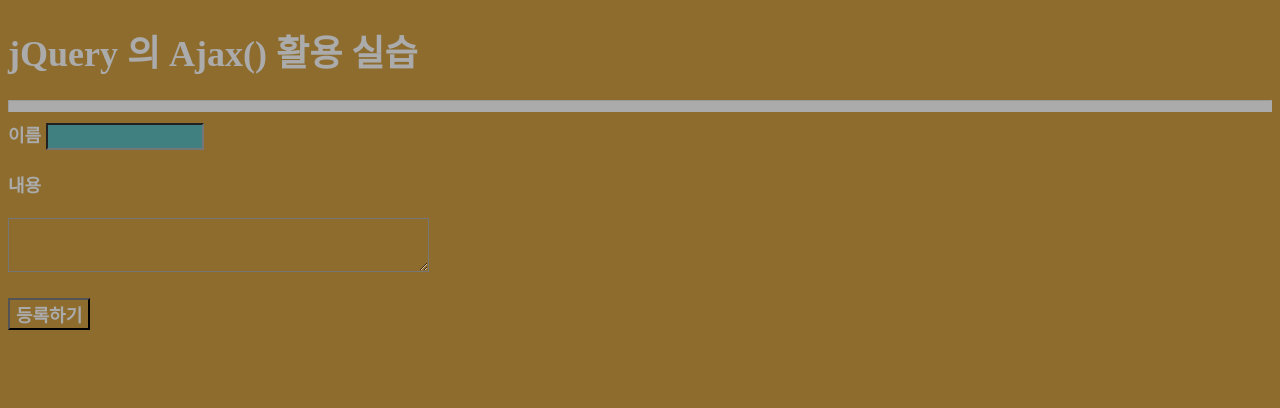
Repository: Umkimisstrong/UM_Webbb
Page: http://localhost/Ajaxjquery04/AjaxTest03.jsp
An editor plug-in stored every save of this project. The page is shown before and after the next save, followed by the edit.
The browser window is 1280 px wide. The pictures show the whole page.
The page is served by Tomcat 9. Other server files are loaded and not shown.

Above is the page before, as saved 2022-05-12 02:18:20.

### Ajaxjquery04/WebContent/AjaxTest03.jsp
<%@ page contentType="text/html; charset=UTF-8"%>
<%@ taglib prefix="c" uri="http://java.sun.com/jsp/jstl/core"%>
<%
	request.setCharacterEncoding("UTF-8");
	String cp = request.getContextPath();
%>
<!DOCTYPE html>
<html>
<head>
<meta charset="UTF-8">
<title>AjaxTest02.jsp</title>
<link rel="stylesheet" type="text/css" href="<%=cp%>/css/main.css">
<script type="text/javascript" src="https://code.jquery.com/jquery.min.js"></script>
<script type="text/javascript">
	$(function()
	{
		$("#sendBtn").click(function()
		{
			//alert("보내기");
			var params = "name=" + $.trim($("#name").val())
			           + "&content=" + $.trim($("#content").val());
			/*
			$.ajax(
			{
				  type:"POST"
				, url:"AjaxTest02_ok.jsp"
				, data:params
				//, async:false ▶ 동기  (true 일 경우 : 비동기.. default임)
				, dataType:"xml"	// Check~!~!~!
				, success:동작
				, beforeSend:true
				, error:동작
			});
			 */

			$.ajax(
			{
				  type:"POST"
				, url:"AjaxTest02_ok.jsp"
				, data:params
				//, async:false ▶ 동기  (true 일 경우 : 비동기.. default임)
				, dataType:"xml"	// Check~!~!~!
				, success:function(args)
				{
					var out = "";
					out = ">> 게시물 갯수 : " + $(args).find("total_dataCount").text() + "<br>";
					$(args).find("comment").each(function()
					{
						var item = $(this);
						var num = item.attr("num");
						var name = item.find("name").text();
						var content = item.find("content").text();

						out += "<br>============================";
						out += "<br> 번호 : " + num;
						out += "<br> 이름 : " + name;
						out += "<br> 내용 : " + content;
						out += "<br>============================<br>";
					});


					$("#resultDiv").html(out);
					$("#name").val("");
					$("#content").val("");
					$("#name").focus();
				}
				, beforeSend:showRequest
				, error:function()
				{
					alert(e.responseText);
				}
			});
		});
	});




	function showRequest()
	{
		if(!$.trim($("#name").val()))
		{
			alert("이름을 입력해야 합니다.");
			$("#name").focus();

			return false;

		}

		if (!$.trim($("#content").val()))
		{
			alert("내용을 입력해야 합니다.");
			$("#content").focus();

			return false;
		}

		return true;
	}
</script>
</head>
<body>


<div>
	<h1>jQuery 의 Ajax() 활용 실습</h1>
	<hr />
</div>

<div>
	이름 <input type="text" id="name" class="txt" />
	<br />
	<br />
	내용<br /><br />
	<textarea name="" id="content" cols="50" rows="3"></textarea>
	<br /><br />

	<input type="button" value="등록하기" id="sendBtn" />

</div>
<br />
<br />

<div id="resultDiv">

</div>




</body>
</html>

### Ajaxjquery04/WebContent/css/main.css
@charset "UTF-8";

*
{
	background-color: #8d6c2e;
	font-family: 나눔고딕코딩;
	color: #ababab;
	font-weight: bold;
}
hr
{
	background-color: #ababab;
	height: 10px;
	border-bottom-color: #ababab;
	border-right-color: #ababab;
}
body, p, div, span, input, table, th, td, select
{
	font-size: 18px;
	font-weight: bold;
}
.txt
{
	font-weight: bold;
	background-color: #408080;
	width:150px;
}
.txt:focus
{
	font-weight: bold;
	background-color: #948716;
	width:150px;
}

.control
{
	border: 1px solid grey;
	border-radius: 3px;
	font-weight: bold;
}

.table
{
	border-collapse: collapse;
	width: 250px;
	font-weight: bold;
}

.table th, .table td
{
	border: 1px solid grey;
	border-left: 1px;
	border-right: 1px;
	padding: 3px;
	line-height: 150%;
	font-weight: bold;
}
.table td
{
	background-color: gray;
	font-weight: bold;
}
.table th
{
	font-weight: bold;
	background-color: #EEE;
}
.btn
{
	background-color: #8d6c2e;
}

.btn01
{
	font-weight: bold;
	width: 80px;
	color: blue;
	background-color: gray;

}
.btn02
{
	font-weight: bold;
	width: 80px;
	color: red;
	background-color: gray;
}

.btn:hover
{
	font-weight: bold;
	color: white;
	background-color: tomato;
}

After the next save:
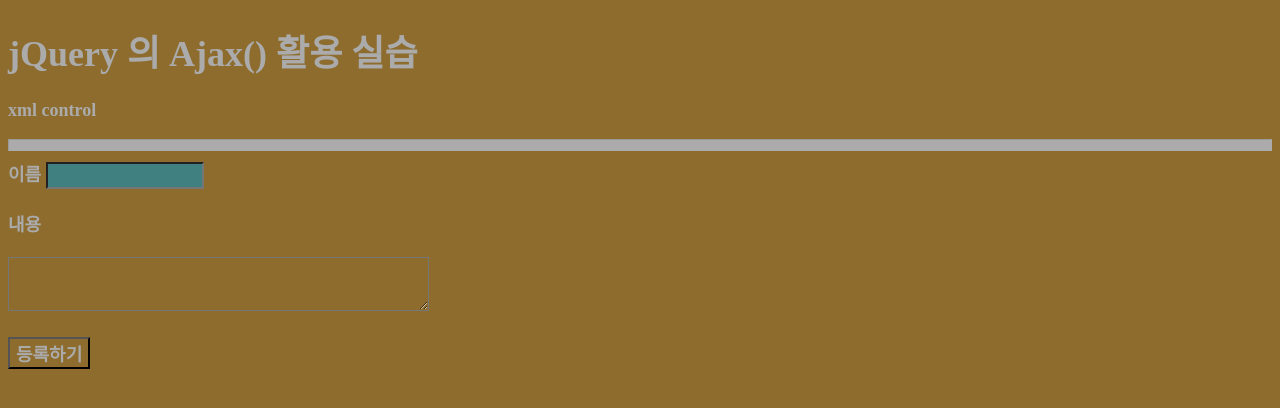
Saved 14 min 23 s later.
--- a/Ajaxjquery04/WebContent/AjaxTest03.jsp
+++ b/Ajaxjquery04/WebContent/AjaxTest03.jsp
@@ -8,7 +8,7 @@
 <html>
 <head>
 <meta charset="UTF-8">
-<title>AjaxTest02.jsp</title>
+<title>AjaxTest03.jsp</title>
 <link rel="stylesheet" type="text/css" href="<%=cp%>/css/main.css">
 <script type="text/javascript" src="https://code.jquery.com/jquery.min.js"></script>
 <script type="text/javascript">
@@ -104,6 +104,7 @@
 
 <div>
 	<h1>jQuery 의 Ajax() 활용 실습</h1>
+	<p>xml control</p>
 	<hr />
 </div>
 
